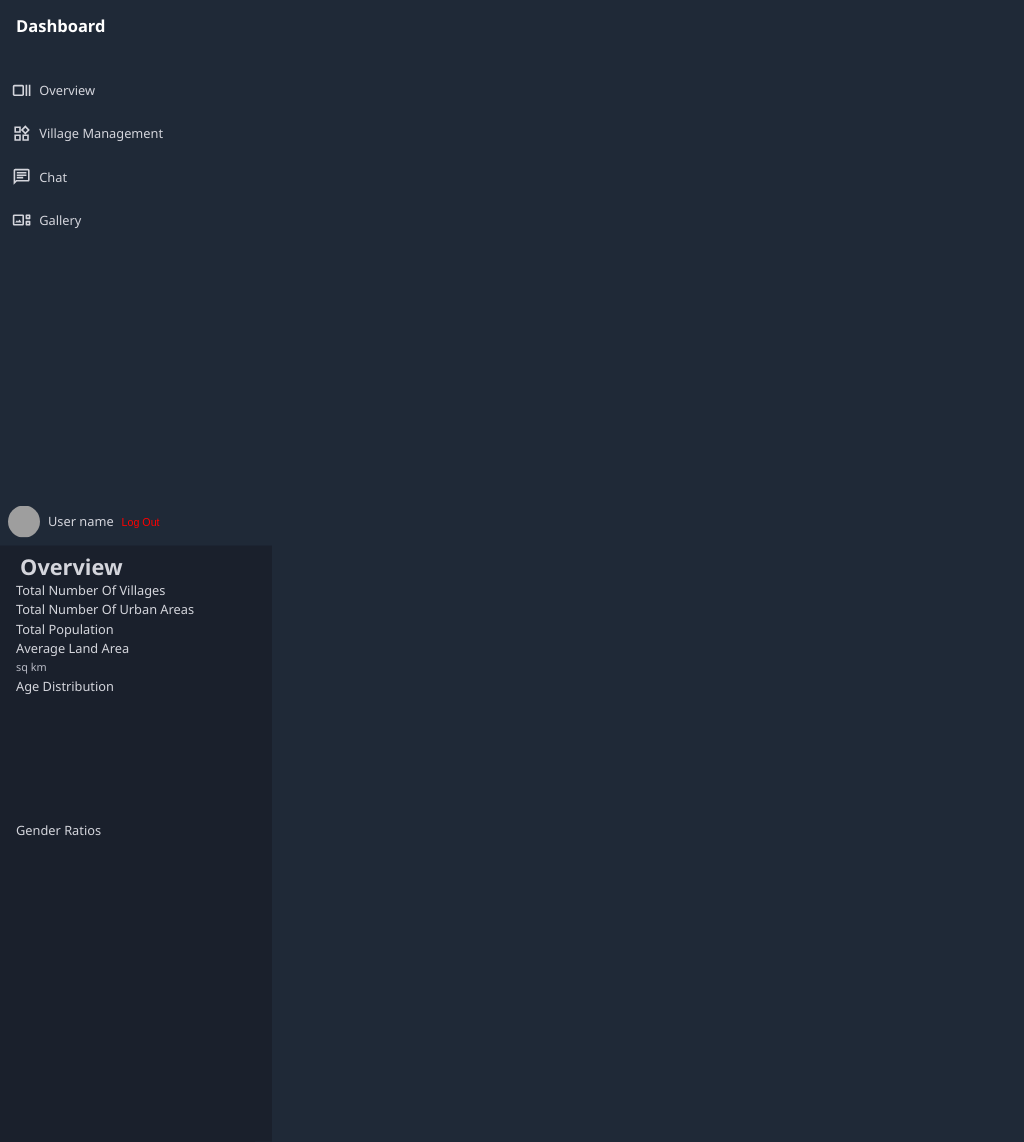
Repository: ShifaaBarham/VillageManagementSystem
Page: / (app in part2/)
An editor plug-in stored every save of this project. The page is shown before and after the next save, followed by the edit.
The browser window is 1280 px wide. The pictures show the whole page, at 80% of full size.
Pictures or frames that could not be fetched are drawn as grey boxes. An inner scrolling area shows only its first screen. The project was rebuilt for these pictures with package versions that can differ from the ones it lists, and the page was loaded fresh each time. Also part of the build but not shown: part2/src/index.css.

Above is the page before, as saved 2024-12-28 11:13:04.

### part2/public/index.html
<!DOCTYPE html>
<html lang="en">
  <head>
    <meta charset="utf-8" />
    <link rel="icon" href="%PUBLIC_URL%/favicon.ico" />
    <meta name="viewport" content="width=device-width, initial-scale=1" />


    <link rel="stylesheet" href="https://unpkg.com/leaflet/dist/leaflet.css" />
    <script src="https://unpkg.com/leaflet/dist/leaflet.js"></script>


    <title>React App</title>
  </head>
  <body>
    <noscript>You need to enable JavaScript to run this app.</noscript>
    <div id="root"></div>

  </body>
</html>

### part2/src/index.js
import React from 'react';
import ReactDOM from 'react-dom/client';
import './index.css';
import App from './App';

const root = ReactDOM.createRoot(document.getElementById('root'));
//App is a child of AppContext
root.render(
  <React.StrictMode>

        <App />


  </React.StrictMode>
);

### part2/src/App.js
import React from 'react';
import SideBar from "./components/sideBar"
import "./syles/main.css"
import MainSection from "./components/mainSection"

function App() {

  return (
    <React.Fragment>

      <SideBar />
      <main>
        <MainSection />

      </main>

    </React.Fragment>
  );
}

export default App;

### part2/src/components/sideBar.js
import React from "react";
const sideBar = () =>{
    return(
        <nav id="sideBar">
            <ul>
            <li class="header">
                <span class="sections-header">Dashboard</span>
            </li>
            <li>
                {/* eslint-disable-next-line jsx-a11y/anchor-is-valid */}
                <a href="#" class="sections-name" onclick="controlSideBar('Overview')">
                    <svg xmlns="http://www.w3.org/2000/svg" height="24px" viewBox="0 -960 960 960" width="24px" fill="#5f6368"><path d="M120-200q-33 0-56.5-23.5T40-280v-400q0-33 23.5-56.5T120-760h400q33 0 56.5 23.5T600-680v400q0 33-23.5 56.5T520-200H120Zm0-80h400v-400H120v400Zm560 80v-560h80v560h-80Zm160 0v-560h80v560h-80Zm-720-80v-400 400Z"/></svg>
                    <span>Overview</span>
                </a>
                {/* eslint-disable-next-line jsx-a11y/anchor-is-valid */}
                <a href="#" class="sections-name" onclick="controlSideBar('Village-Management')">
                    <svg xmlns="http://www.w3.org/2000/svg" height="24px" viewBox="0 -960 960 960" width="24px" fill="#5f6368"><path d="M666-440 440-666l226-226 226 226-226 226Zm-546-80v-320h320v320H120Zm400 400v-320h320v320H520Zm-400 0v-320h320v320H120Zm80-480h160v-160H200v160Zm467 48 113-113-113-113-113 113 113 113Zm-67 352h160v-160H600v160Zm-400 0h160v-160H200v160Zm160-400Zm194-65ZM360-360Zm240 0Z"/></svg>
                    <span>Village Management</span>
                </a>
                {/* eslint-disable-next-line jsx-a11y/anchor-is-valid */}
                <a href="#" class="sections-name" onclick="controlSideBar('Chat')">
                    <svg xmlns="http://www.w3.org/2000/svg" height="24px" viewBox="0 -960 960 960" width="24px" fill="#5f6368"><path d="M240-400h320v-80H240v80Zm0-120h480v-80H240v80Zm0-120h480v-80H240v80ZM80-80v-720q0-33 23.5-56.5T160-880h640q33 0 56.5 23.5T880-800v480q0 33-23.5 56.5T800-240H240L80-80Zm126-240h594v-480H160v525l46-45Zm-46 0v-480 480Z"/></svg>
                    <span>Chat</span>
                </a>
                {/* eslint-disable-next-line jsx-a11y/anchor-is-valid */}
                <a href="#" class="sections-name" onclick="controlSideBar('Gallery')">
                    <svg xmlns="http://www.w3.org/2000/svg" height="24px" viewBox="0 -960 960 960" width="24px" fill="#5f6368"><path d="M120-200q-33 0-56.5-23.5T40-280v-400q0-33 23.5-56.5T120-760h400q33 0 56.5 23.5T600-680v400q0 33-23.5 56.5T520-200H120Zm600-320q-17 0-28.5-11.5T680-560v-160q0-17 11.5-28.5T720-760h160q17 0 28.5 11.5T920-720v160q0 17-11.5 28.5T880-520H720Zm40-80h80v-80h-80v80ZM120-280h400v-400H120v400Zm40-80h320L375-500l-75 100-55-73-85 113Zm560 160q-17 0-28.5-11.5T680-240v-160q0-17 11.5-28.5T720-440h160q17 0 28.5 11.5T920-400v160q0 17-11.5 28.5T880-200H720Zm40-80h80v-80h-80v80Zm-640 0v-400 400Zm640-320v-80 80Zm0 320v-80 80Z"/></svg>
                    <span>Gallery</span>
                </a>
            </li>
            </ul>
            <li id="account-section">
            <div id="information">
                <img src="assets/images/profile-image.png" alt="profile-image" id="profile-image" />
                <span id="username">User name</span>
            </div>
            <button id="logout-button" onclick="logout()">Log Out</button>

            </li>
        </nav>
    );
}
export default sideBar;

### part2/src/syles/main.css
* {
    margin: 0;
    padding: 0;
  }
  html {
    font-family: 'Segoe UI', Tahoma, Geneva, Verdana, sans-serif;
    line-height: 1.5rem;
  }
  body {
    min-height: 100vh;
    background-color: #1F2937;
    color: #d4d5dc;
    display: grid;
    grid-template-columns: auto 1fr;
    grid-template-rows: auto;
    margin: 0 !important;
    overflow: hidden;
  }
  nav {
    margin: 0px;
  }
  h1 {
    font-size: 1.7rem;
    font-weight: 600;
    margin: 1.7%;
  }
  h2 {
    font-size: 1rem;
  }
  h3 {
    font-size: 0.9rem;
  }
  h4 {
    font-size: 0.85rem;
    font-weight: 500;
    color: #b8bac5;
  }
  #sideBar {
    flex-direction: column;
    align-items: center;
    justify-content: center;
    background-color: #1F2937;
  }
  #sideBar ul {
    list-style: none;
    margin: 0;
    padding: 0;
    display: flex;
    flex-direction: column;
    gap: 20px;
    width: 100%;
  }
  #sideBar ul .header {
    margin: 20px;
  }
  #sideBar ul .header .sections-header {
    font-size: 1.29rem;
    font-weight: bold;
    text-align: center;
    color: #ffffff;
  }
  #sideBar ul li {
    width: 100%;
  }
  #sideBar ul li a {
    display: flex;
    align-items: center;
    justify-content: flex-start;
    padding: 15px;
    text-decoration: none;
    color: #d4d5dc;
    border-radius: 5px;
    font-weight: 500;
    width: 90%;
  }
  #sideBar ul li a:hover {
    background-color: #314158;
  }
  #sideBar ul li a.active {
    background-color: #0d1116;
  }
  #sideBar ul li a svg {
    fill: #d4d5dc;
    margin-right: 10px;
  }
  @media (max-width: 800px) {
    #sideBar {
      height: 60px;
      width: 100%;
      padding: 0;
      position: fixed;
      z-index: 2;
      top: unset;
      bottom: 0;
      background-color: #1F2937;
      display: flex;
      flex-direction: row;
      justify-content: space-around;
      align-items: center;
    }
    #sideBar ul {
      flex-direction: row;
      justify-content: center;
      align-items: center;
      gap: 10px;
      margin: 0;
      padding: 0;
    }
    #sideBar ul .header {
      display: none;
    }
    #sideBar ul li {
      display: flex;
      justify-content: center;
      align-items: center;
    }
    #sideBar ul li a {
      height: 60px;
      padding: 0 10px;
      border-radius: 0;
      display: flex;
      align-items: center;
      justify-content: center;
    }
    #sideBar ul li a svg {
      width: 24px;
      height: 24px;
    }
    #sideBar ul li a span {
      display: none;
    }
  }
  #account-section {
    margin-top: 320px !important;
    display: flex;
    align-items: center;
    margin-top: auto;
    padding: 10px;
  }
  #information {
    display: flex;
    align-items: center;
  }
  #profile-image {
    width: 40px;
    height: 40px;
    border-radius: 50%;
    margin-right: 10px;
  }
  #username {
    font-weight: 500;
    display: inline;
    margin-right: 10px;
  }
  #logout-button {
    color: red;
    background-color: #1F2937;
    border: none ;
    display: inline;
  }
  @media (max-width: 800px) {
    #username,
    #logout-button {
      display: none;
    }
  }
  .section {
    display: none;
    height: 100vh;
    margin-left: 10px;
    margin-right: 10px;

  }
  .section.active {
    display: block;
  }
  main {
    background-color: #1A202C;
    grid-column: 2;
    grid-row: 1;
    padding: 10px;
    overflow-y: auto;
  }

### part2/src/components/mainSection.js
import React from "react";

const mainSection = () =>{
    return(
    <section id="Overview" className="section active">

        <h1>Overview</h1>
         <div id="map-container">
            <div id="map"></div>

         </div>
        <div className="cards">
        <div className="card" id="total-villages">
            <div className="card-name">Total Number Of Villages</div>
            <div className="number"></div>
        </div>
        <div className="card" id="total-urban">
            <div className="card-name">Total Number Of Urban Areas</div>
            <div className="number"></div>
        </div>
        <div className="card" id="population">
            <div className="card-name">Total Population</div>
            <div className="number"></div>

        </div>
        <div className="card" id="area">
            <div className="card-name">Average Land Area</div>
            <div className="number"></div>
            <h4>sq km</h4>
        </div>

        </div>
        <div className="charts">
             <div className="chart" id="age-distribution">
                <div className="card-name">Age Distribution</div>
                <canvas id="ageChart" ></canvas>

            </div>
            <div className="chart" id="gender-ratios">
                 <div className="card-name">Gender Ratios</div>
                 <canvas id="genderChart"></canvas>

            </div>
             <div className="chart" id="population-chart">
                 <div>
                  <canvas id="populationChart" ></canvas>
                 </div>
            </div>
        </div>

    </section>
    );

}
export default mainSection;

### part2/src/syles/mainSection.css
.div-style {
    margin: 6px;
    border-radius: 6px;
    background-color: #1F2937;
  }
  body {
    background-color: #1A202C;
  }
  body,
  h1,
  h2,
  h3,
  p {
    margin: 0;
    padding: 0;
  }
  main #Overview {
    width: calc(100%-260px);
    min-height: 100%;
  }
  main #Overview h1 {
    display: flex;
    justify-content: space-between;
  }
  main #Overview .cards {
    display: grid;
    grid-template-columns: repeat(4, 1fr);
  }
  main #Overview .cards .card {
    justify-content: space-between;
    padding: 20px;
  }
  main #Overview .cards .card .card-name,
  main #Overview .cards .card .number {
    font-size: 0.83;
    color: white;
    font-weight: 500;
  }
  main #Overview .charts {
    display: grid;
    grid-template-columns: repeat(2, 1fr);
    gap: 16px;
    padding: 16px;
  }
  @media (max-width: 800px) {
    main #Overview .charts {
      grid-template-columns: 1fr;
    }
  }
  main #Overview .charts .chart {
    border-radius: 6px;
    background-color: #1F2937;
    padding: 20px;
    display: flex;
    flex-direction: column;
    justify-content: center;
    align-items: center;
    height: 250px;
    width: 100%;
    box-sizing: border-box;
  }
  main #Overview .charts .chart .card-name {
    text-align: center;
    font-size: 0.83rem;
    color: white;
    font-weight: 500;
  }
  main #Overview .charts .chart:nth-last-child(1):nth-child(odd) {
    grid-column: 1 / -1;
    justify-self: center;
  }
  @media (max-width: 800px) {
    #Overview {
      width: 100%;
    }
    .cards {
      display: grid;
      grid-template-columns: repeat(2, 1fr) !important;
    }
    .charts {
      grid-template-columns: 1fr;
    }
  }
  @media (max-width: 500px) {
    .cards {
      display: grid;
      grid-template-columns: 1fr !important;
    }
  }
  #map-container {
    padding: 10px;
    display: flex ;
    justify-content: center;
    margin: 6px;
    border-radius: 6px;
    background-color: #1F2937;
  }
  #map-container #map {
    width: 100%;
    height: 200px;
    border: white 3px solid;
    border-radius: 8px;
  }
  @media (max-width: 800px) {
    #map-container #map {
      height: 200px;
    }
  }
  @media (min-width: 781px) {
    #map-container #map {
      height: 300px;
    }
  }
  #total-villages {
    margin: 6px;
    border-radius: 6px;
    background-color: #1F2937;
  }
  #total-urban {
    margin: 6px;
    border-radius: 6px;
    background-color: #1F2937;
  }
  #population {
    margin: 6px;
    border-radius: 6px;
    background-color: #1F2937;
  }
  #area {
    margin: 6px;
    border-radius: 6px;
    background-color: #1F2937;
  }
  #age-distribution {
    margin: 6px;
    border-radius: 6px;
    background-color: #1F2937;
  }
  #gender-ratios {
    margin: 6px;
    border-radius: 6px;
    background-color: #1F2937;
  }
  #population-chart {
    margin: 6px;
    border-radius: 6px;
    background-color: #1F2937;
  }

After the next save:
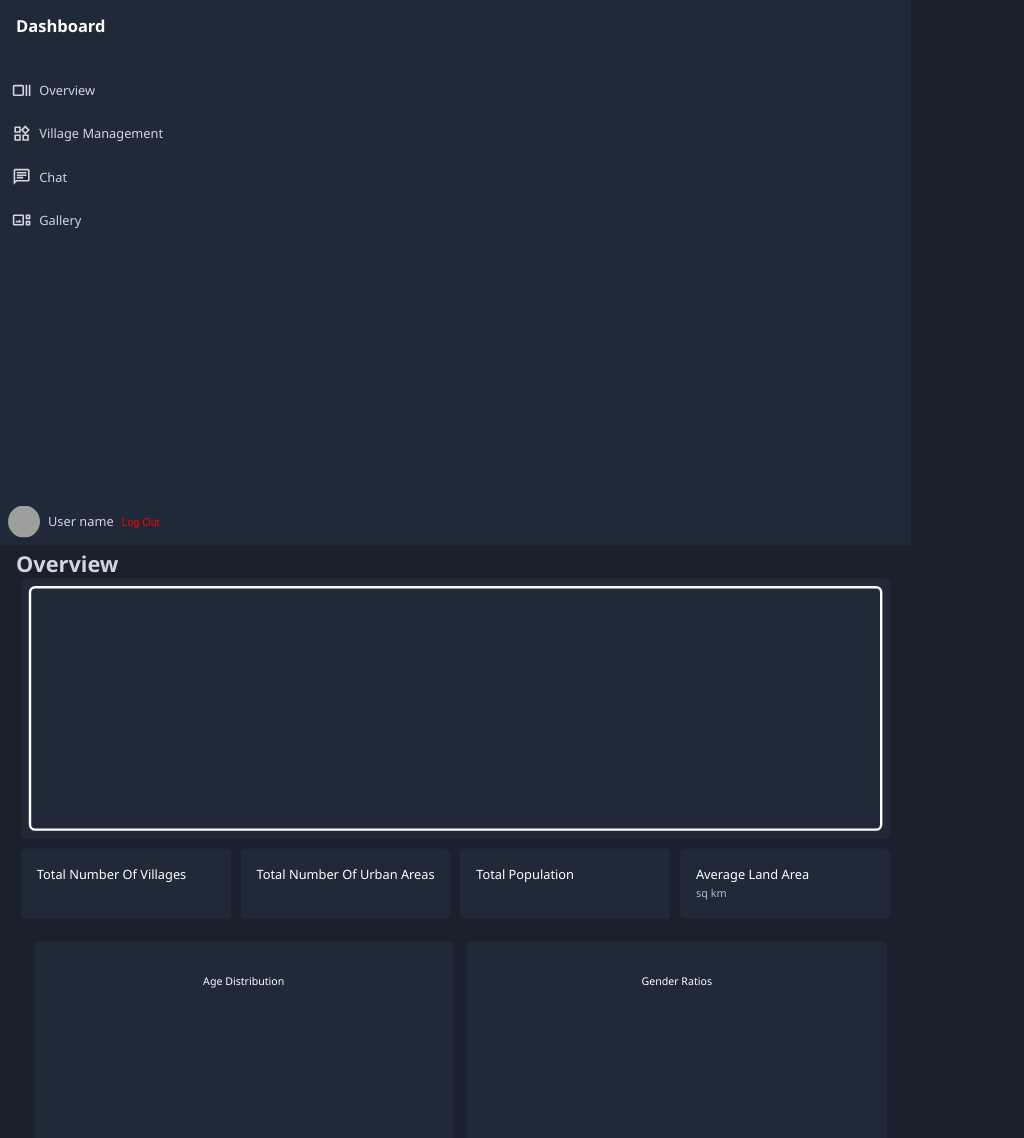
Saved 41 s later.
--- a/part2/src/components/mainSection.js
+++ b/part2/src/components/mainSection.js
@@ -1,4 +1,5 @@
 import React from "react";
+import "../syles/mainSection.css"
 
 const mainSection = () =>{
     return(
